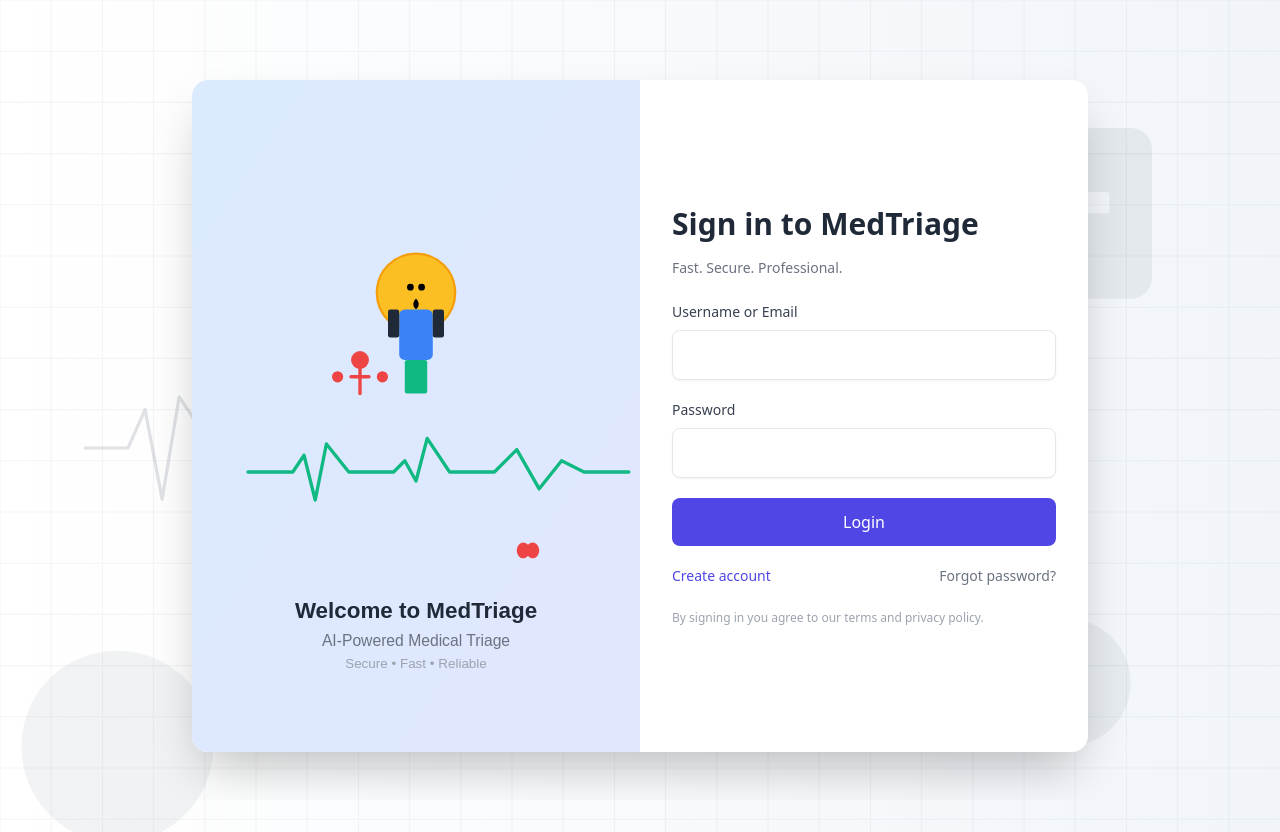
Repository: shakin-shahria/MedTriage-
Page: / (app in frontend/)
These files come from the project's save history. The page is drawn as it stood at one moment and after the next save; the edit follows.
The browser window is 1280 px wide. The pictures show the whole page.
The project was rebuilt for these pictures with package versions that can differ from the ones it lists, and the page was loaded fresh each time. Also part of the build but not shown: frontend/vite.config.js, frontend/src/Register.jsx, frontend/src/Profile.jsx, frontend/src/Admin.jsx, frontend/src/AdminDashboard.jsx, frontend/src/HeartTriage.jsx.

Above is the page before, as saved 2025-10-15 11:26:07.

After the next save:
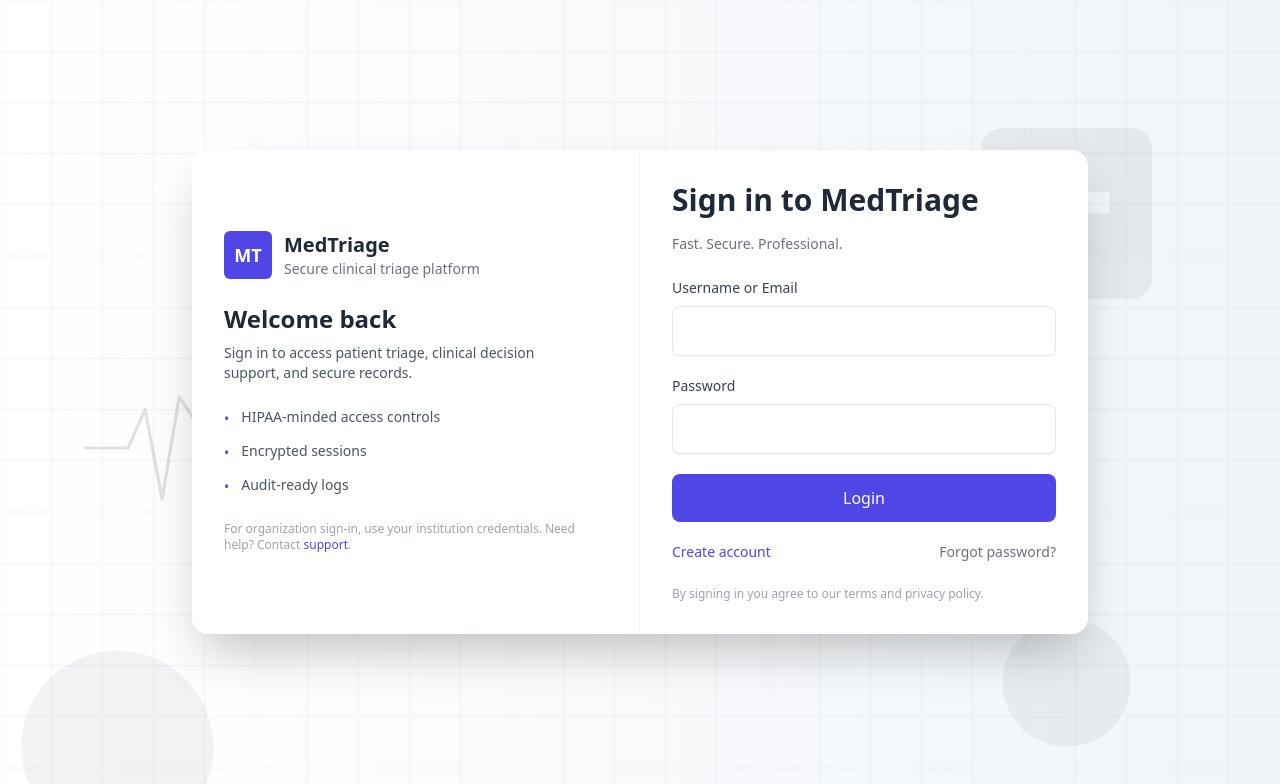
Saved 26 s later.
--- a/frontend/src/Login.jsx
+++ b/frontend/src/Login.jsx
@@ -101,53 +101,40 @@ export default function Login() {
       <div className="min-h-screen flex items-center justify-center py-12 px-4 bg-transparent relative overflow-hidden">
 
       <div className="relative z-10 max-w-4xl w-full bg-white rounded-2xl shadow-2xl overflow-hidden grid grid-cols-1 md:grid-cols-2">
-        {/* Left: Cartoon illustration panel */}
-        <div className="bg-gradient-to-br from-blue-50 to-indigo-100 flex items-center justify-center rounded-l-2xl overflow-hidden">
-          <svg viewBox="0 0 400 600" className="w-full h-full" xmlns="http://www.w3.org/2000/svg">
-            <defs>
-              <linearGradient id="bgGrad" x1="0" y1="0" x2="1" y2="1">
-                <stop offset="0%" stopColor="#dbeafe" />
-                <stop offset="100%" stopColor="#e0e7ff" />
-              </linearGradient>
-            </defs>
-            <rect width="400" height="600" fill="url(#bgGrad)" />
+        {/* Left: Professional brand panel (replaces cartoon SVG) */}
+        <div className="bg-white p-8 flex flex-col items-start justify-center space-y-6 border-r border-gray-100">
+          <div className="flex items-center space-x-3">
+            {/* Simple logo mark */}
+            <div className="w-12 h-12 flex items-center justify-center rounded-md bg-indigo-600 text-white font-bold text-lg">MT</div>
+            <div>
+              <h2 className="text-xl font-semibold text-gray-800">MedTriage</h2>
+              <p className="text-sm text-gray-500">Secure clinical triage platform</p>
+            </div>
+          </div>
 
-            {/* Cartoon Doctor */}
-            <g transform="translate(150,150)">
-              <circle cx="50" cy="40" r="35" fill="#fbbf24" stroke="#f59e0b" strokeWidth="2" />
-              <circle cx="45" cy="35" r="3" fill="#000" />
-              <circle cx="55" cy="35" r="3" fill="#000" />
-              <path d="M50 45 Q45 50 50 55 Q55 50 50 45" fill="#000" />
-              <rect x="35" y="55" width="30" height="45" fill="#3b82f6" rx="5" />
-              <rect x="25" y="55" width="10" height="25" fill="#1f2937" rx="2" />
-              <rect x="65" y="55" width="10" height="25" fill="#1f2937" rx="2" />
-              <rect x="40" y="100" width="20" height="30" fill="#10b981" rx="2" />
-            </g>
+          <div className="w-full max-w-xs">
+            <h3 className="text-2xl font-semibold text-gray-800">Welcome back</h3>
+            <p className="mt-2 text-sm text-gray-600">Sign in to access patient triage, clinical decision support, and secure records.</p>
 
-            {/* Stethoscope */}
-            <g transform="translate(100,200)">
-              <circle cx="50" cy="50" r="8" fill="#ef4444" />
-              <line x1="50" y1="58" x2="50" y2="80" stroke="#ef4444" strokeWidth="3" strokeLinecap="round" />
-              <line x1="42" y1="65" x2="58" y2="65" stroke="#ef4444" strokeWidth="3" strokeLinecap="round" />
-              <circle cx="30" cy="65" r="5" fill="#ef4444" />
-              <circle cx="70" cy="65" r="5" fill="#ef4444" />
-            </g>
+            <ul className="mt-6 space-y-3 text-sm text-gray-600">
+              <li className="flex items-start">
+                <span className="mr-3 text-indigo-600 mt-0.5">•</span>
+                <span>HIPAA-minded access controls</span>
+              </li>
+              <li className="flex items-start">
+                <span className="mr-3 text-indigo-600 mt-0.5">•</span>
+                <span>Encrypted sessions</span>
+              </li>
+              <li className="flex items-start">
+                <span className="mr-3 text-indigo-600 mt-0.5">•</span>
+                <span>Audit-ready logs</span>
+              </li>
+            </ul>
+          </div>
 
-            {/* ECG Waveform */}
-            <g transform="translate(50,350)" stroke="#10b981" strokeWidth="3" fill="none" strokeLinecap="round" strokeLinejoin="round">
-              <path d="M0 0 L40 0 L50 -15 L60 25 L70 -25 L90 0 L130 0 L140 -10 L150 8 L160 -30 L180 0 L220 0 L240 -20 L260 15 L280 -10 L300 0 L340 0" />
-            </g>
-
-            {/* Heart Icon */}
-            <g transform="translate(300,400)">
-              <path d="M10 20 C10 15, 5 10, 0 15 C-5 10, -10 15, -10 20 C-10 25, -5 30, 0 25 C5 30, 10 25, 10 20 Z" fill="#ef4444" />
-            </g>
-
-            {/* Welcome Text */}
-            <text x="200" y="480" fontFamily="Arial, sans-serif" fontSize="20" fontWeight="bold" fill="#1f2937" textAnchor="middle">Welcome to MedTriage</text>
-            <text x="200" y="505" fontFamily="Arial, sans-serif" fontSize="14" fill="#6b7280" textAnchor="middle">AI-Powered Medical Triage</text>
-            <text x="200" y="525" fontFamily="Arial, sans-serif" fontSize="12" fill="#9ca3af" textAnchor="middle">Secure • Fast • Reliable</text>
-          </svg>
+          <div className="mt-4 text-xs text-gray-400">
+            <p>For organization sign-in, use your institution credentials. Need help? Contact <a href="mailto:support@medtriage.example" className="text-indigo-600">support</a>.</p>
+          </div>
         </div>
 
         {/* Right: Form */}
